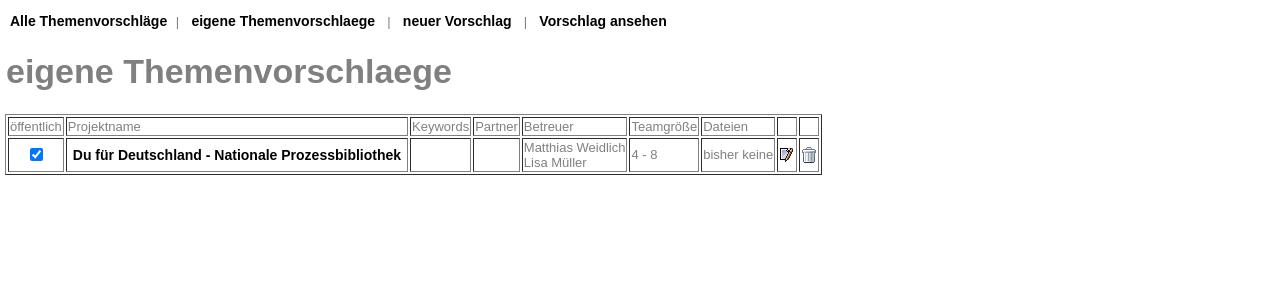
Repository: wfapp2011/wfapp2011
Page: http://localhost/Themenwahl/listOwnDepartment.jsp
An editor plug-in stored every save of this project. The page is shown before and after the next save, followed by the edit.
The browser window is 1280 px wide. The pictures show the whole page.
The page is served by Tomcat 9.

Above is the page before, as saved 2011-06-05 22:35:45.

After the next save:
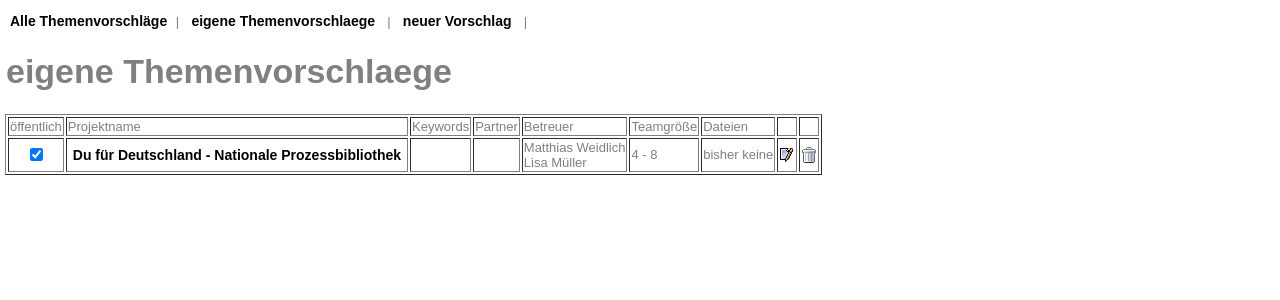
Saved 12 s later.
--- a/Themenwahl/WebContent/listOwnDepartment.jsp
+++ b/Themenwahl/WebContent/listOwnDepartment.jsp
@@ -17,7 +17,6 @@
 		<a href="listAllDepartments.jsp">Alle Themenvorschläge</a>&nbsp;|&nbsp;
 		<a href="listOwnDepartment.jsp">eigene Themenvorschlaege</a> &nbsp;|&nbsp;
 		<a href="newProject.html">neuer Vorschlag</a> &nbsp;|&nbsp;
-		<a href="showProject.jsp">Vorschlag ansehen</a>
 	</p>
 	<h1>eigene Themenvorschlaege</h1>
 		<table border="1">
